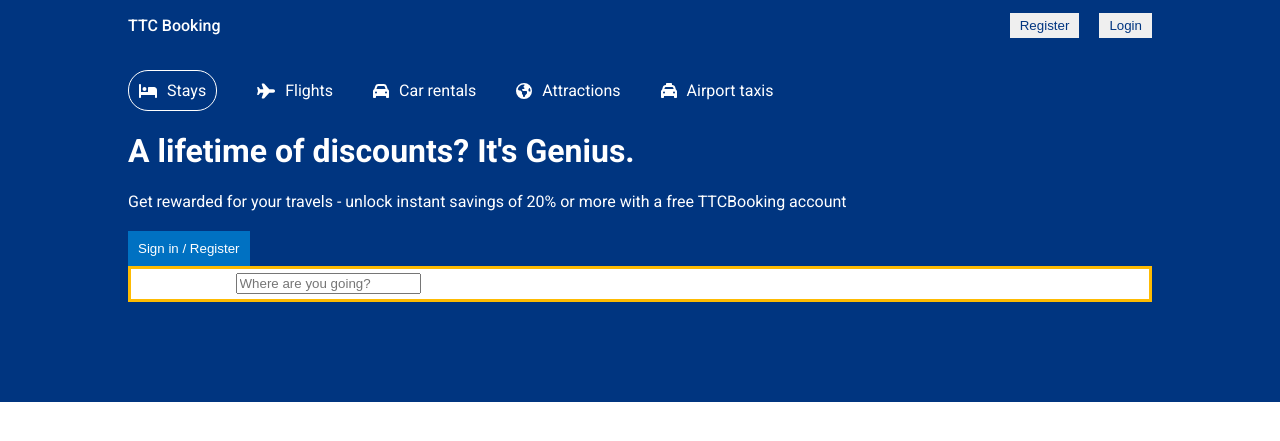
Repository: CarsonDev1/booking-app
Page: /
An editor plug-in stored every save of this project. The page is shown before and after the next save, followed by the edit.
The browser window is 1280 px wide. The pictures show the whole page.
The project was rebuilt for these pictures with package versions that can differ from the ones it lists, and the page was loaded fresh each time. Also part of the build but not shown: src/pages/home/home.css, src/pages/hotel/Hotel.jsx, src/pages/list/List.jsx.

Above is the page before, as saved 2022-12-03 01:07:03.

After the next save:
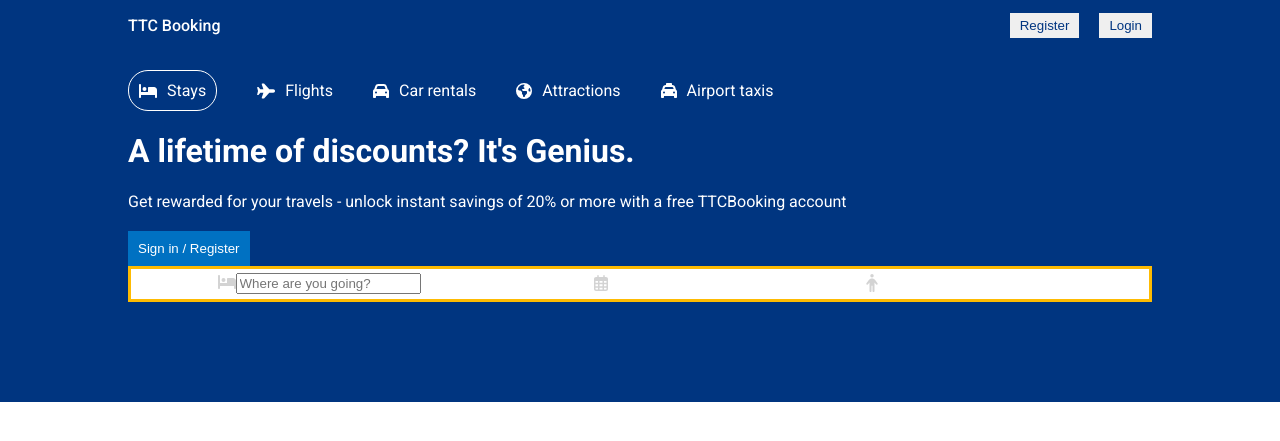
Saved 72 s later.
--- a/src/components/header/header.css
+++ b/src/components/header/header.css
@@ -42,3 +42,6 @@
 	align-items: center;
 	justify-content: space-around;
 }
+.headerIcon {
+	color: lightgray;
+}
